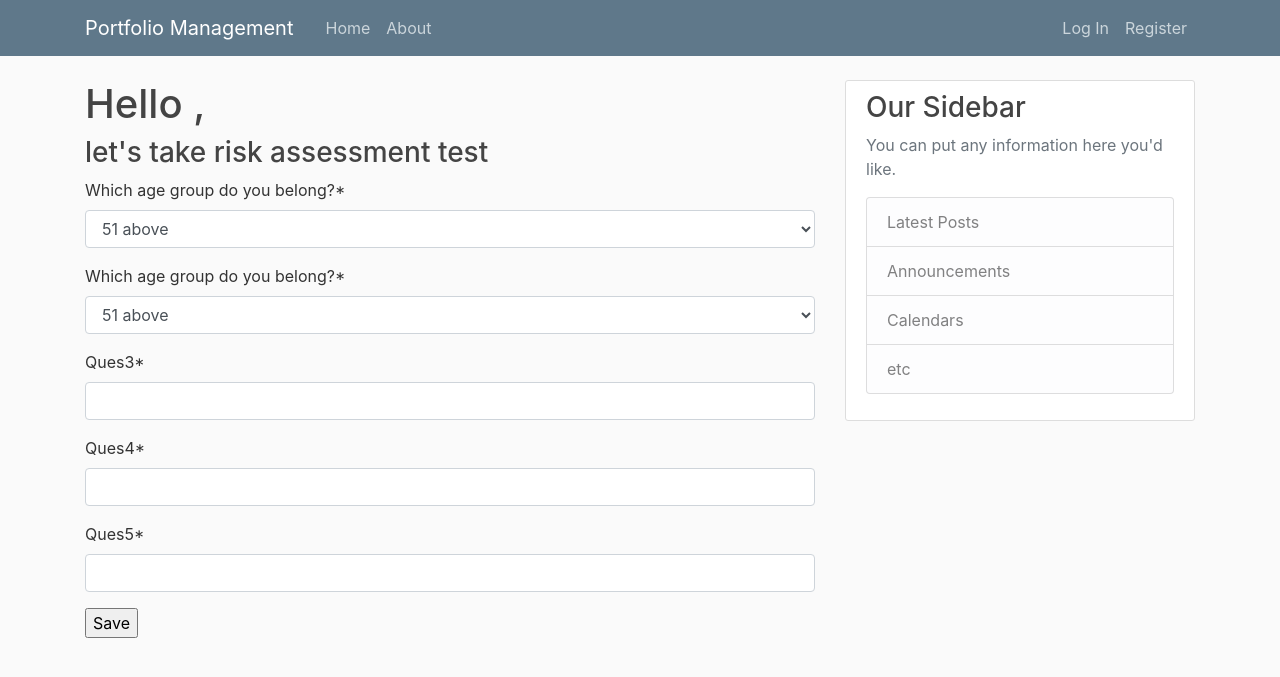
Repository: rahulsolankib/portfolio
Page: http://localhost/questions/
An editor plug-in stored every save of this project. The page is shown before and after the next save, followed by the edit.
The browser window is 1280 px wide. The pictures show the whole page.
The page is served by the project's application, run on Django 3.2 (manage.py). Other server files are loaded and not shown.

Above is the page before, as saved 2020-10-20 00:31:40.

### riskCalculator/templates/riskCalculator/questions.html
{% extends "startPage/base.html" %}
{% load crispy_forms_tags %}
{% crispy example_form %}


{% block content %}
    <h1>Hello {{user.username}},</h1>
    <h3>let's take risk assessment test</h3>
    <form method='POST'>
        {% csrf_token %}
        {{formRec | crispy}}

        <input type='submit' value="Save" />
    </form>

{% endblock content %}

### startPage/templates/startPage/base.html
{% load static %}
<!DOCTYPE html>
<html>
<head>
    <meta charset="utf-8">
    <meta name="viewport" content="width=device-width, initial-scale=1, shrink-to-fit=no">

    <!-- Bootstrap CSS -->
    <link rel="stylesheet" href="https://stackpath.bootstrapcdn.com/bootstrap/4.5.2/css/bootstrap.min.css" integrity="sha384-JcKb8q3iqJ61gNV9KGb8thSsNjpSL0n8PARn9HuZOnIxN0hoP+VmmDGMN5t9UJ0Z" crossorigin="anonymous">

    <link rel="stylesheet" type="text/css" href="{% static 'startPage/main.css' %}">
    {% if title %}
        <title>Django - {{title}}</title>
    {% else %}
        <title>Django</title>
    {% endif %}
</head>
<body>
    <header class="site-header">
        <nav class="navbar navbar-expand-md navbar-dark bg-steel fixed-top">
            <div class="container">
            <a class="navbar-brand mr-4" href="{% url 'Start-Page' %}">Portfolio Management</a>
            <button class="navbar-toggler" type="button" data-toggle="collapse" data-target="#navbarToggle" aria-controls="navbarToggle" aria-expanded="false" aria-label="Toggle navigation">
            <span class="navbar-toggler-icon"></span>
            </button>
            <div class="collapse navbar-collapse" id="navbarToggle">
                <div class="navbar-nav mr-auto">
                <a class="nav-item nav-link" href="{% url 'Start-Page' %}">Home</a>
                <a class="nav-item nav-link" href="{% url 'About-Page' %}">About</a>
                {% if user.is_authenticated %}
                    <a class="nav-item nav-link" href="{% url 'questions' %}">Risk-Assessment</a>
                {% endif%}
                </div>
                <!-- Navbar Right Side -->
                <div class="navbar-nav">
                {% if user.is_authenticated %}
                    <a class="nav-item nav-link" href="{% url 'profile' %}">@{{user.username}}</a>
                    <a class="nav-item nav-link" href="{% url 'logout' %}">Log Out</a>
                {% else %}
                    <a class="nav-item nav-link" href="{% url 'login' %}">Log In</a>
                    <a class="nav-item nav-link" href="{% url 'register' %}">Register</a>
                {% endif%}
                </div>
            </div>
            </div>
        </nav>
    </header>
    <main role="main" class="container">
        <div class="row">
            <div class="col-md-8">
                {% if messages %}
                    {% for message in messages%}
                        <div class="alert alert-{{message.tags}}">
                            {{message}}
                        </div>
                    {% endfor %}
                {% endif %}
                {% block content %}{% endblock %}
            </div>
            <div class="col-md-4">
            <div class="content-section">
                <h3>Our Sidebar</h3>
                <p class='text-muted'>You can put any information here you'd like.
                <ul class="list-group">
                    <li class="list-group-item list-group-item-light">Latest Posts</li>
                    <li class="list-group-item list-group-item-light">Announcements</li>
                    <li class="list-group-item list-group-item-light">Calendars</li>
                    <li class="list-group-item list-group-item-light">etc</li>
                </ul>
                </p>
            </div>
            </div>
        </div>
    </main>


    <script src="https://code.jquery.com/jquery-3.5.1.slim.min.js" integrity="sha384-DfXdz2htPH0lsSSs5nCTpuj/zy4C+OGpamoFVy38MVBnE+IbbVYUew+OrCXaRkfj" crossorigin="anonymous"></script>
    <script src="https://cdn.jsdelivr.net/npm/popper.js@1.16.1/dist/umd/popper.min.js" integrity="sha384-9/reFTGAW83EW2RDu2S0VKaIzap3H66lZH81PoYlFhbGU+6BZp6G7niu735Sk7lN" crossorigin="anonymous"></script>
    <script src="https://stackpath.bootstrapcdn.com/bootstrap/4.5.2/js/bootstrap.min.js" integrity="sha384-B4gt1jrGC7Jh4AgTPSdUtOBvfO8shuf57BaghqFfPlYxofvL8/KUEfYiJOMMV+rV" crossorigin="anonymous"></script>
</body>
</html>

### riskCalculator/forms.py
from django import forms

from .models import Que,RiskModel


class QForm(forms.Form):
    age_group=(
            (4,'Less than 25 years')
            ,(3,'25-35 years')
            ,(2,'36-40 years')
            ,(1,'51 above')
    )

    ques1 = forms.TypedChoiceField(label='Which age group do you belong?',choices=age_group, coerce=int, initial=1)
    ques2 = forms.TypedChoiceField(label='Which age group do you belong?',choices=age_group, coerce=int, initial=1)
    ques3 = forms.CharField()
    ques4 = forms.CharField()
    ques5 = forms.CharField()


class QueForm(forms.ModelForm):
    class Meta:
        model = Que
        fields = ['ques1','ques2','ques3','ques4','ques5']


class RiskForm(forms.ModelForm):
    class Meta:
        model = RiskModel
        fields = ['userid','risk_score']

### riskCalculator/models.py
from django.db import models
# from user.forms import User

# Create your models here.
class Que(models.Model):
    ques1 = models.CharField(max_length=120)
    ques2 = models.CharField(max_length=120)
    ques3 = models.CharField(max_length=120)
    ques4 = models.CharField(max_length=120)
    ques5 = models.CharField(max_length=120)

class RiskModel(models.Model):
    userid = models.IntegerField(unique=True)
    risk_score = models.DecimalField(
                         max_digits = 5,
                         decimal_places = 2)

### riskCalculator/views.py
from django.shortcuts import render
from .forms import QueForm,RiskForm,QForm

from .models import RiskModel

def questions(request):
    formRec = QForm(request.POST or None)
    context = {
        'formRec': formRec
    }
    userid = request.user.id


    data = {'userid' : userid, 'risk_score':32}
    form = RiskForm(data)
    if form.is_valid():
        profile = form.save(commit = True)
        profile.user = request.user
        profile.save()

    return render(request,'riskCalculator/questions.html',context)

### portfolio/urls.py
"""portfolio URL Configuration

The `urlpatterns` list routes URLs to views. For more information please see:
    https://docs.djangoproject.com/en/3.1/topics/http/urls/
Examples:
Function views
    1. Add an import:  from my_app import views
    2. Add a URL to urlpatterns:  path('', views.home, name='home')
Class-based views
    1. Add an import:  from other_app.views import Home
    2. Add a URL to urlpatterns:  path('', Home.as_view(), name='home')
Including another URLconf
    1. Import the include() function: from django.urls import include, path
    2. Add a URL to urlpatterns:  path('blog/', include('blog.urls'))
"""
from django.contrib import admin
from django.contrib.auth import views as auth_views
from django.urls import path,include
from user import views as user_views
from riskCalculator import views as riskCalculator_views

urlpatterns = [
    path('admin/', admin.site.urls),
    path('register/',user_views.register,name='register'),
    path('profile/',user_views.profile,name='profile'),
    path('',include('startPage.urls')),
    path('login/',auth_views.LoginView.as_view(template_name="user/login.html"),name='login'),
    path('logout/',auth_views.LogoutView.as_view(template_name="user/logout.html"),name='logout'),
    path('questions/',riskCalculator_views.questions,name='questions')
]

### startPage/urls.py
from django.urls import path
from . import views

urlpatterns = [
    path('', views.home,name="Start-Page"),
    path('about/', views.about,name="About-Page"),
]

### startPage/static/startPage/main.css
body {
    background: #fafafa;
    color: #333333;
    margin-top: 5rem;
  }

  h1, h2, h3, h4, h5, h6 {
    color: #444444;
  }

  ul {
    margin: 0;
  }

  .bg-steel {
    background-color: #5f788a;
  }

  .site-header .navbar-nav .nav-link {
    color: #cbd5db;
  }

  .site-header .navbar-nav .nav-link:hover {
    color: #ffffff;
  }

  .site-header .navbar-nav .nav-link.active {
    font-weight: 500;
  }

  .content-section {
    background: #ffffff;
    padding: 10px 20px;
    border: 1px solid #dddddd;
    border-radius: 3px;
    margin-bottom: 20px;
  }

  .article-title {
    color: #444444;
  }

  a.article-title:hover {
    color: #428bca;
    text-decoration: none;
  }

  .article-content {
    white-space: pre-line;
  }

  .article-img {
    height: 65px;
    width: 65px;
    margin-right: 16px;
  }

  .article-metadata {
    padding-bottom: 1px;
    margin-bottom: 4px;
    border-bottom: 1px solid #e3e3e3
  }

  .article-metadata a:hover {
    color: #333;
    text-decoration: none;
  }

  .article-svg {
    width: 25px;
    height: 25px;
    vertical-align: middle;
  }

  .account-img {
    height: 125px;
    width: 125px;
    margin-right: 20px;
    margin-bottom: 16px;
  }

  .account-heading {
    font-size: 2.5rem;
  }

After the next save:
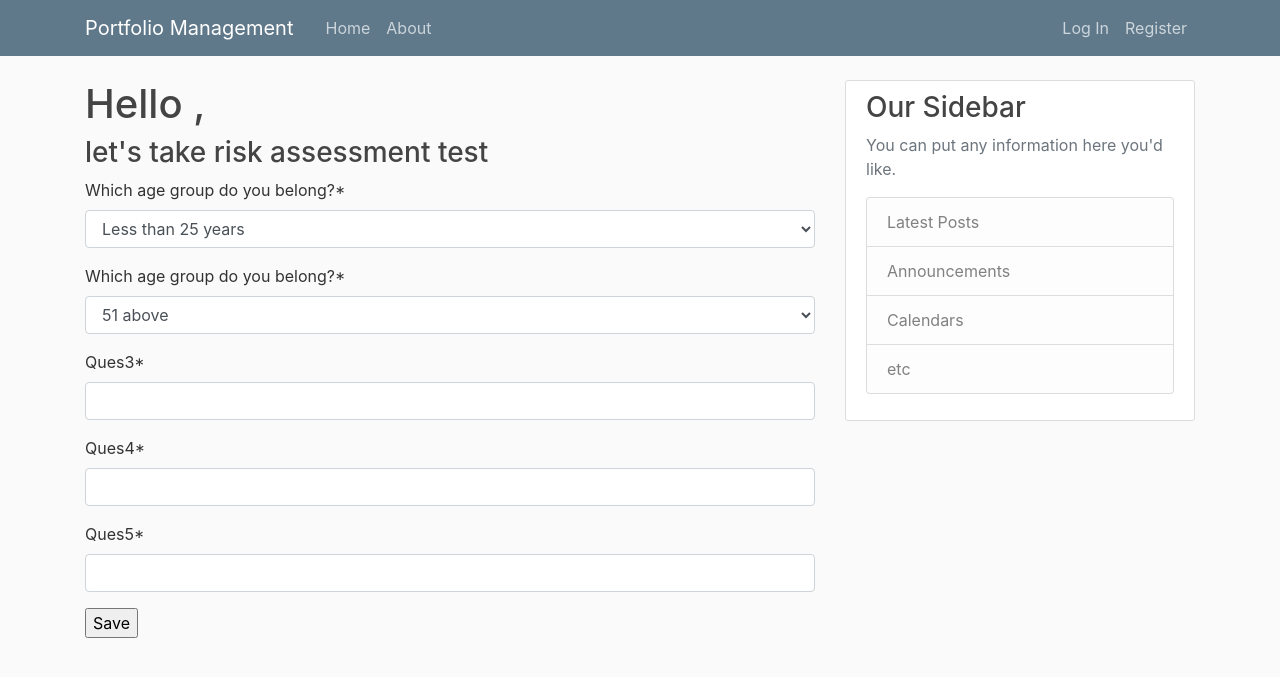
Saved 13 s later.
--- a/riskCalculator/forms.py
+++ b/riskCalculator/forms.py
@@ -11,7 +11,7 @@ class QForm(forms.Form):
             ,(1,'51 above')
     )
 
-    ques1 = forms.TypedChoiceField(label='Which age group do you belong?',choices=age_group, coerce=int, initial=1)
+    ques1 = forms.TypedChoiceField(label='Which age group do you belong?',choices=age_group, coerce=int, initial=4)
     ques2 = forms.TypedChoiceField(label='Which age group do you belong?',choices=age_group, coerce=int, initial=1)
     ques3 = forms.CharField()
     ques4 = forms.CharField()
